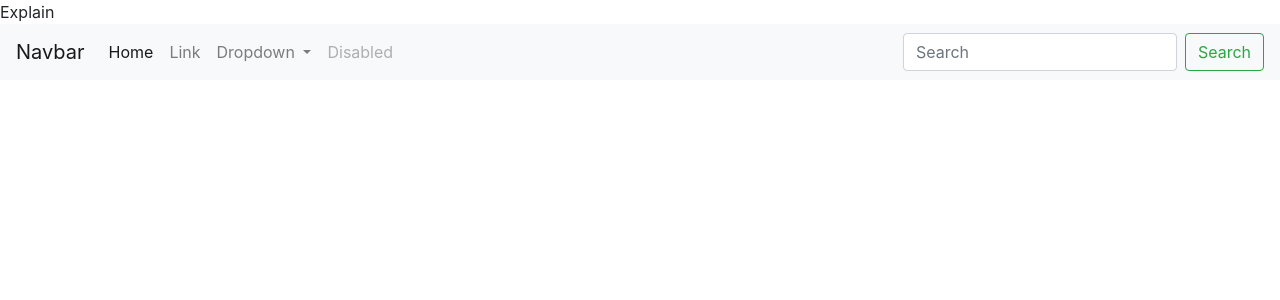
Repository: tsthuy/Badminton
Page: index.html
The author's editor kept a copy of each file at every save. The page is drawn from the files as they stood at one save, then again after the next save.
The browser window is 1280 px wide. The pictures show the whole page.
Some web libraries are served in a nearby version.

Above is the page before, as saved 2023-10-12 20:08:00.

After the next save:
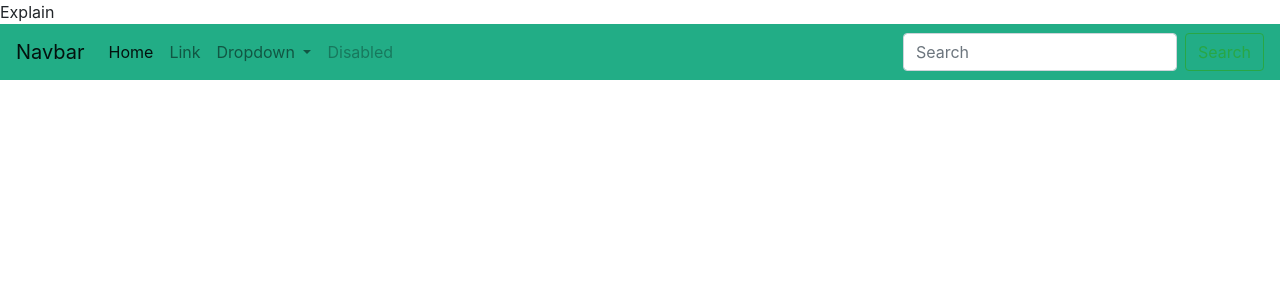
Saved 19 s later.
--- a/index.html
+++ b/index.html
@@ -9,7 +9,7 @@
 </head>
 <body>
     Explain
-<nav class="navbar navbar-expand-lg navbar-light bg-light " style="background-color: #22ad86">
+<nav class="navbar navbar-expand-lg navbar-light bg-light " style="background-color: #22ad86 !important">
   <a class="navbar-brand" href="#">Navbar</a>
   <button class="navbar-toggler" type="button" data-toggle="collapse" data-target="#navbarSupportedContent" aria-controls="navbarSupportedContent" aria-expanded="false" aria-label="Toggle navigation">
     <span class="navbar-toggler-icon"></span>
